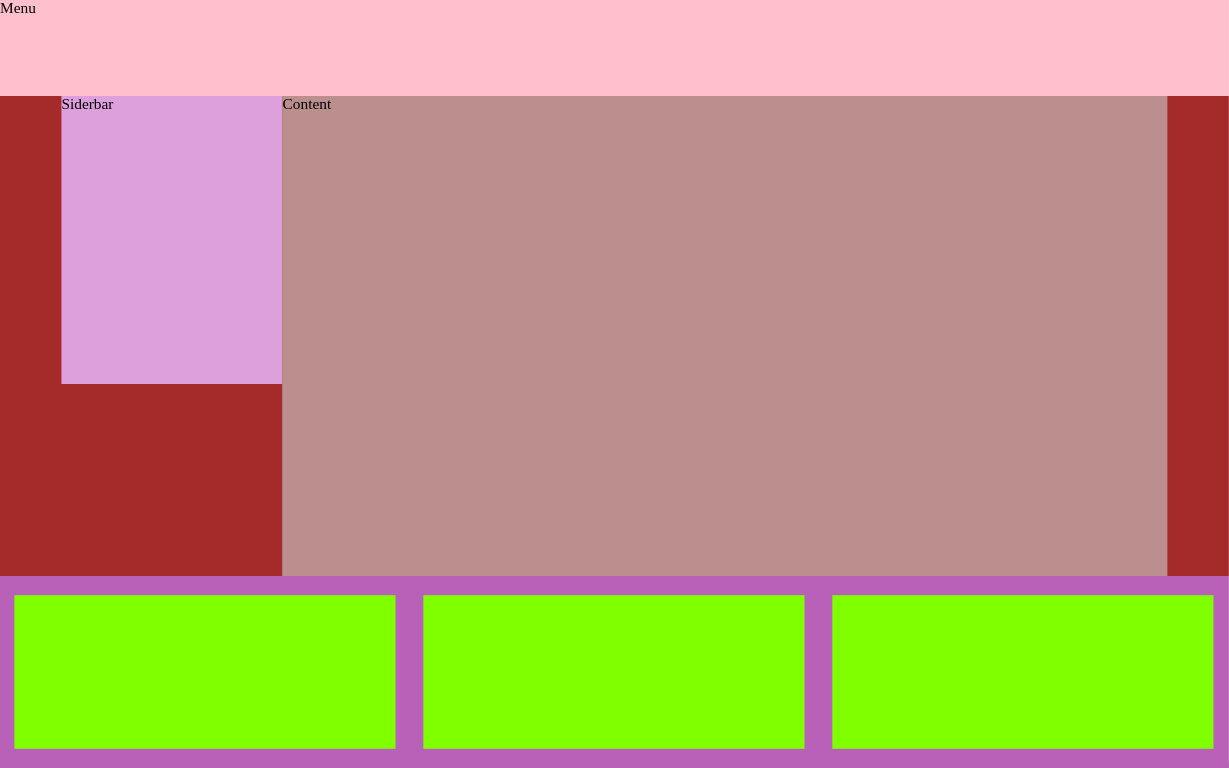
Repository: cvTuananh/Wed-famework
Page: Lab04/lab04/demo05.html
An editor plug-in stored every save of this project. The page is shown before and after a run of saves, followed by the edit.
The browser window is 1280 px wide. The pictures show the whole page, at 96% of full size.

Above is the page before, as saved 2021-09-28 19:55:38.

### Lab04/lab04/demo05.html
<!DOCTYPE html>
<html lang="en">
<head>
    <meta charset="UTF-8">
    <meta http-equiv="X-UA-Compatible" content="IE=edge">
    <meta name="viewport" content="width=device-width, initial-scale=1.0">
    <title>layout2</title>
    <link rel="stylesheet" type="text/css" href="./css/demo05.css">
</head>
<body>
    <nav>Menu</nav>

    <div class="container">
        <section>
            <aside>Siderbar</aside>
            <article>Content</article>
        </section>
    </div>

    <footer>
        <div class="column"></div>
        <div class="column"></div>
        <div class="column"></div>
        <div class="column"></div>
        <div class="column"></div>
        <div class="column"></div>
    </footer>
</body>
</html>

### Lab04/lab04/css/demo05.css
*{
    padding: 0;
    margin: 0;
    box-sizing: border-box;
}
.container{
    overflow: hidden;
    background-color: brown;
}
section{
    width: 90%;
    margin: 0 auto;
}
nav{
    background-color: pink;
    height: 100px;
}
aside{
    background-color: plum;
    height: 300px;
    width: 20%;
    float: left;
}
article{
    background-color: rosybrown;
    height: 500px;
    width: 80%;
    float: left;
}

footer{
    background-color: rgb(185, 96, 185);
    height: 200px;
    overflow: hidden;
}
.column{
    width: 31%;
    margin: 20px 1.15%;
    height: 160px;
    background-color: chartreuse;
    float: left;
}

After the next 2 saves:
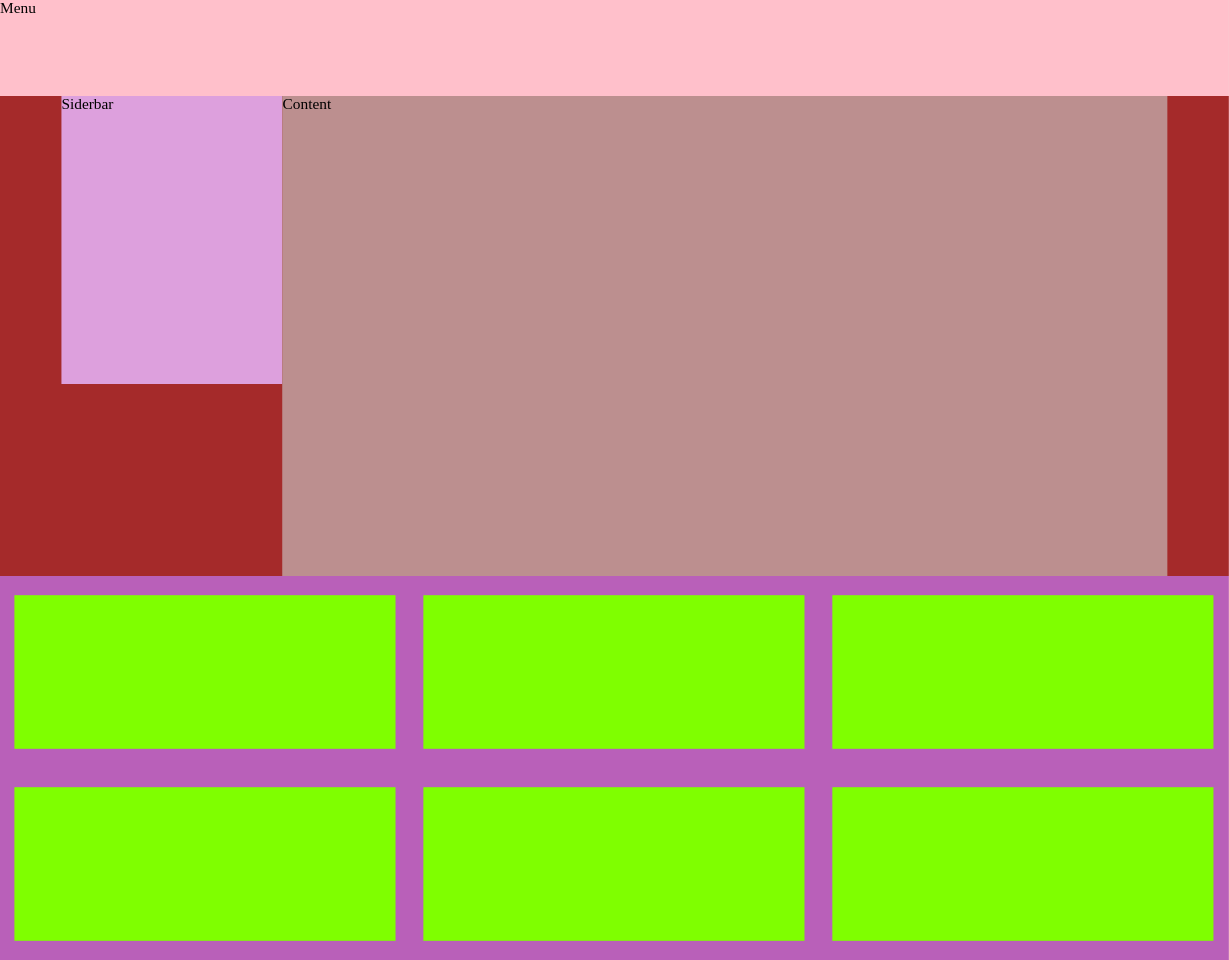
The 2 saves are shown as one change because they came seconds apart.
The last was saved 8 s later.
--- a/Lab04/lab04/css/demo05.css
+++ b/Lab04/lab04/css/demo05.css
@@ -30,7 +30,6 @@ article{
 
 footer{
     background-color: rgb(185, 96, 185);
-    height: 200px;
     overflow: hidden;
 }
 .column{
